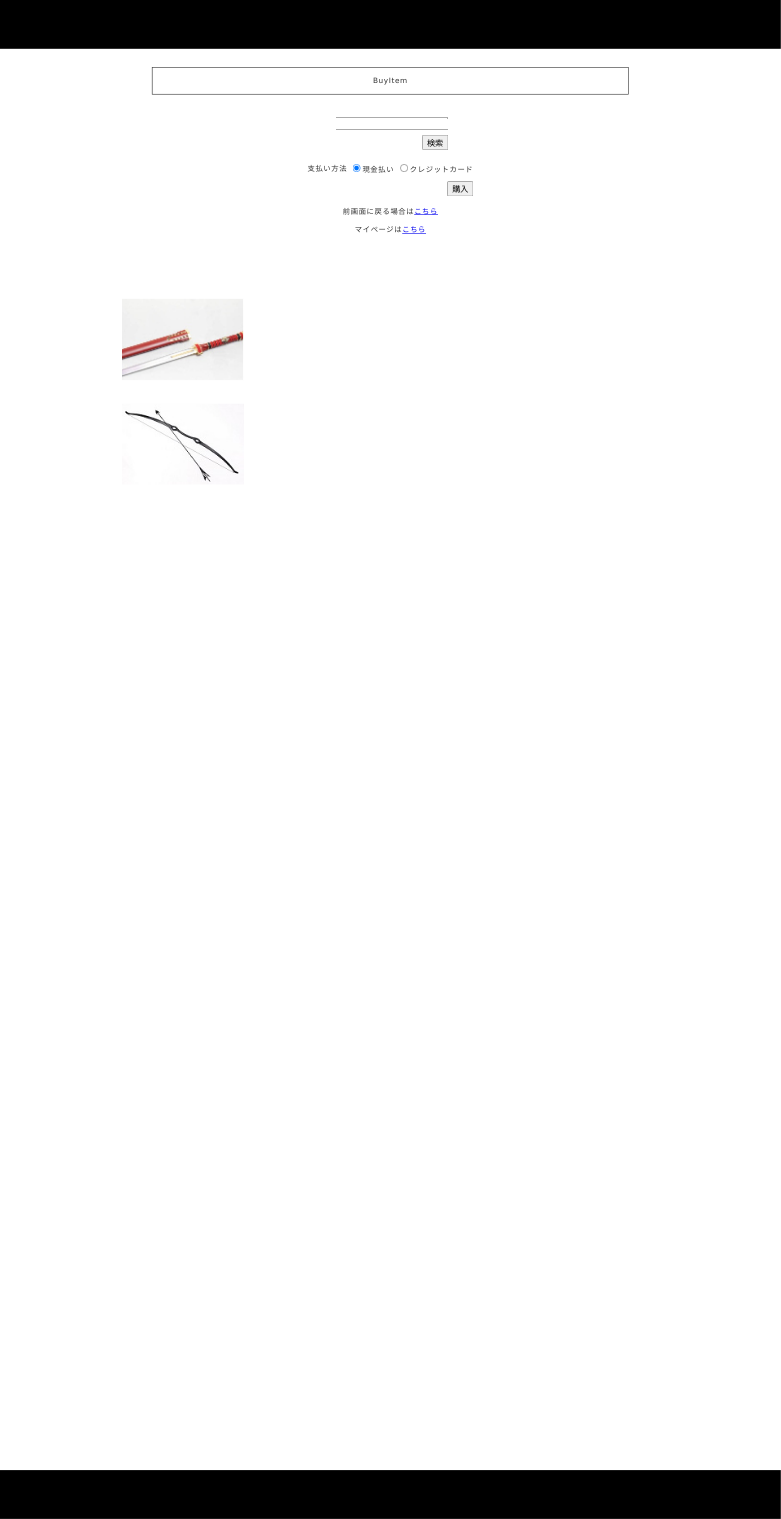
Repository: kanav0208/test
Page: http://localhost/ecsite/buyItem.jsp
The author's editor kept a copy of each file at every save. The page is drawn from the files as they stood at one save, then again after the next save.
The browser window is 1280 px wide. The pictures show the whole page, at 61% of full size.
The page is served by Tomcat 9. Other server files are loaded and not shown.

Above is the page before, as saved 2018-02-27 07:17:16.

### ecsite/WebContent/buyItem.jsp
<%@ page language="java" contentType="text/html; charset=UTF-8"
	pageEncoding="UTF-8"%>
<%@ taglib prefix="s" uri="/struts-tags"%>

<!DOCTYPE html>
<html>
<head>
	<meta charset="utf-8">
	<meta http-equiv="Content-Type" content="text/html; charset=utf-8" />
	<meta http-equiv="Content-Style-Type" content="text/css" />
	<meta http-equiv="Content-Script-Type" content="text/javascript" />
	<meta http-equiv="imagetoolbar" content="no" />
	<meta name="description" content="" />
	<meta name="keywords" content="" />
	<meta charset="utf-8">
	<title>BuyItem画面</title>
	<style type="text/css">
	/* ========TAG LAYOUT======== */
		body {
		   margin:0;
		   padding:0;
		   line-height:1.6;
		   letter-spacing:1px;
		   font-family:Verdana, Helvetica, sans-serif;
		   font-size:12px;
		   color:#333;
		   background:#fff;
		}



		table {
			text-align:center;
			margin:0 auto;
		}

	/* ========ID LAYOUT======== */
		#top {
		   width:780px;
		   margin:30px auto;
		   border:1px solid #333;
		}

		#header {
		   width: 100%;
		   height: 80px;
		   background-color: black;
		}



		#main {
		   width: 100%;
		   height: 2300px;
		   text-align: center;
		}

		#footer {
			width: 100%;
			height: 80px;
			background-color: black;
			clear:both;
		}

		.buttons{

    display: block;
    position: absolute;

    bottom: 20px;

    width:1%;

    z-index: 4;

    text-align:left;

    height:230px;

    margin-left: 200px;



}
.buttons a{
    /* ここで改行される */
    inline-block;
    display: block;

    position: relative;

    /* ここで中央寄せ */
    margin: 0 auto;

    width: 30%;
    max-width: 400px;
    min-width: 200px;
    padding-top: 20px;
    margin-right: 500px;


}
.buttons img{
    display: block;

    width: 100%;
    max-width: 400px;
    min-width: 200px;

    /*border-radius: 10px;*/
}

	</style>
</head>
<body>
	<div class="buttons">
       <a href="javascript:void(0)"><img src="./image/ken.jpg"/></a><br>
       <a href="javascript:void(0)"><img src="./image/yumi.jpg"/></a>
</div>
	<div id="header">
	 	<div id="pr">
		</div>
	</div>
	<div id="main">
		<div id="top">
			<p>BuyItem</p>
		</div>
		<div>
		<s:form action="ItemSearchAction">

			<tr>
				<td>
					<s:textfield name="searchWord" value=""/>
				</td>
				<td>
					<s:submit value="検索"/>
				</td>
			</tr>

		</s:form>

		<s:if test="message != ''">
			<h3><s:property value="message" escape="false"/></h3>
		</s:if>

		<s:form action="BuyItemAction">
			<table>
				<s:iterator value="buyItemDTOList">

				<tr>
					<td>
						<h3><s:property value="itemName"/></h3>
					</td>
				</tr>



				<tr>
					<td>
						<span>値段</span>
					</td>
					<td>
						<s:property value="itemPrice" /><span>円</span>
					</td>
				</tr>
				<tr>
					<td>
						<span>在庫</span>
					</td>
					<td>
					<s:if test="item_stock>0">
						<s:property value="item_stock"/>
					</s:if>
					<s:else>
						<span>品切れ</span>
					</s:else>
					</td>
				</tr>

				<tr>
					<td>
						<span>購入個数</span>
					</td>
					<td>
					<s:if test="item_stock>0">
						<select name="count">
							<option value="0" selected="selected">0</option>
							<option value="1">1</option>
							<option value="2">2</option>
							<option value="3">3</option>
							<option value="4">4</option>
							<option value="5">5</option>
						</select>
					</s:if>
					<s:else>
						<select name="count">
							<option value="0" selected="selected">0</option>
						</select>
					</s:else>
					</td>
				</tr>
				<tr>
					<td>
						<br>
					</td>
				</tr>
				</s:iterator>
				<tr>

					<td>
						<span>支払い方法</span>
					</td>
					<td>
						<input type="radio" name="pay" value="1" checked="checked">現金払い
						<input type="radio" name="pay" value="2">クレジットカード
					</td>
				</tr>

				<tr>
					<td>
						<s:submit value="購入"/>
					</td>
				</tr>

			</table>
		</s:form>

			<div>
				<p>前画面に戻る場合は<a href='<s:url action="GoHomeAction" />'>こちら</a></p>
				<p>マイぺージは<a href='<s:url action="MyPageAction" />'>こちら</a></p>
			</div>
		</div>
	</div>
	<div id="footer">
	 	<div id="pr">
		</div>
	</div>
</body>
</html>

After the next save:
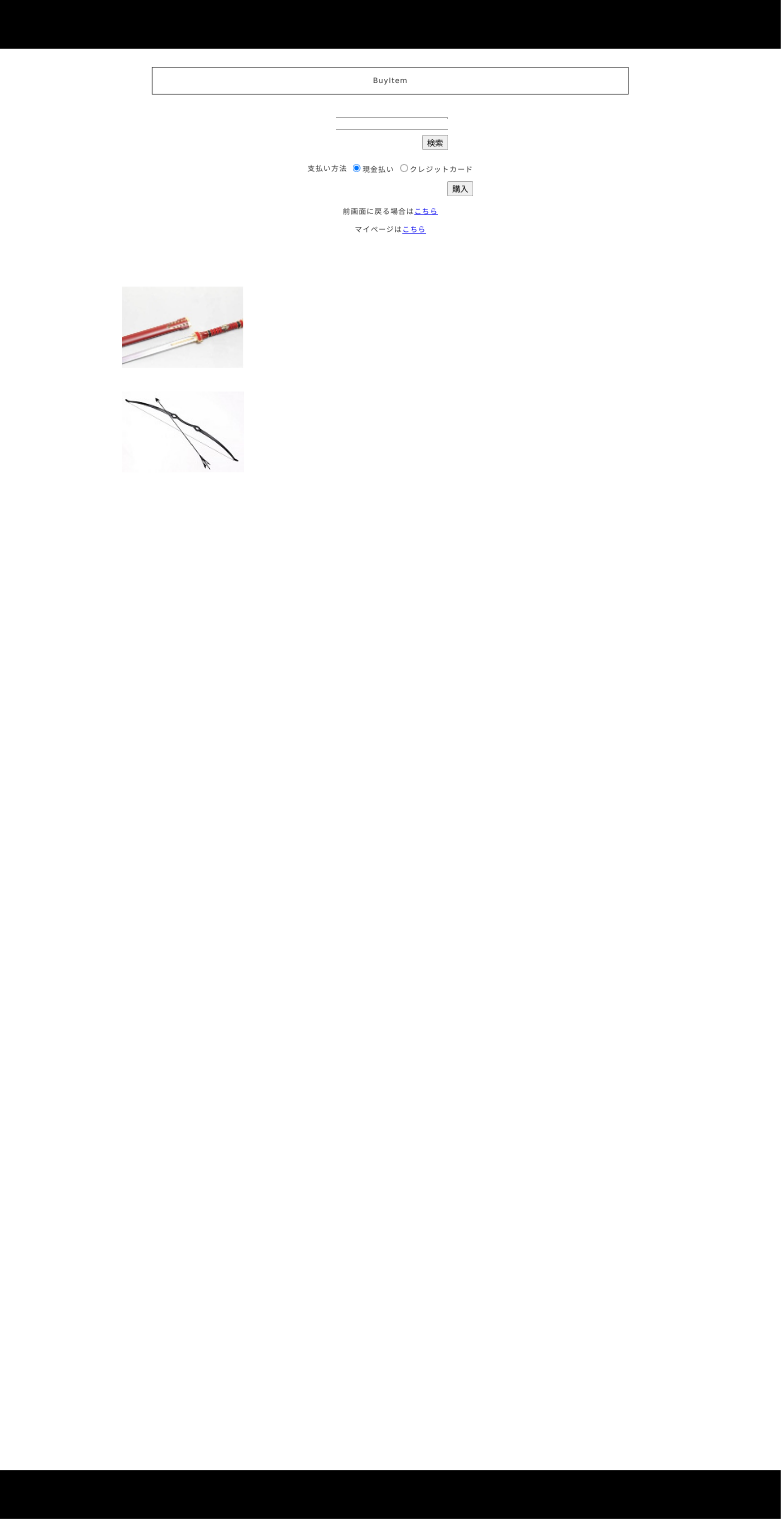
Saved 42 s later.
--- a/ecsite/WebContent/buyItem.jsp
+++ b/ecsite/WebContent/buyItem.jsp
@@ -114,7 +114,7 @@
 </head>
 <body>
 	<div class="buttons">
-       <a href="javascript:void(0)"><img src="./image/ken.jpg"/></a><br>
+       <img src="./image/ken.jpg"/></a><br>
        <a href="javascript:void(0)"><img src="./image/yumi.jpg"/></a>
 </div>
 	<div id="header">
